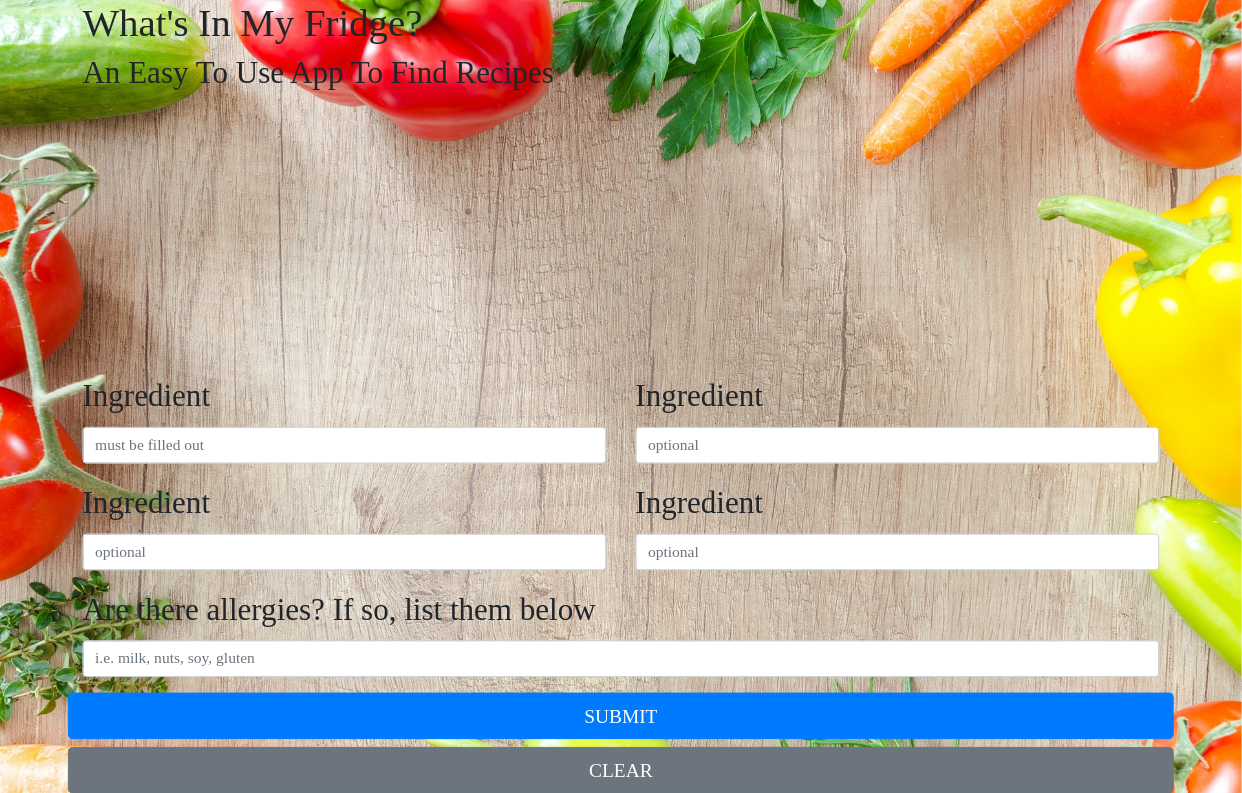
Repository: ogipajic/Recipe_API
Page: index.html
An editor plug-in stored every save of this project. The page is shown before and after the next save, followed by the edit.
The browser window is 1280 px wide. The pictures show the whole page, at 97% of full size.
Backgrounds fixed to the window are drawn as part of the page. Some web fonts or font styles are not loaded; a fallback is used.

Above is the page before, as saved 2020-07-06 14:58:54.
Not found: script.js

### index.html
<!DOCTYPE html>
<html lang="en">
<head>
    <meta charset="UTF-8">
    <meta name="viewport" content="width=device-width, initial-scale=1.0">
    <script
  src="https://code.jquery.com/jquery-3.5.1.min.js"
  integrity="sha256-9/aliU8dGd2tb6OSsuzixeV4y/faTqgFtohetphbbj0="
  crossorigin="anonymous"></script>
  <link rel="stylesheet" href="https://stackpath.bootstrapcdn.com/bootstrap/4.5.0/css/bootstrap.min.css" integrity="sha384-9aIt2nRpC12Uk9gS9baDl411NQApFmC26EwAOH8WgZl5MYYxFfc+NcPb1dKGj7Sk" crossorigin="anonymous">
  <link rel="stylesheet" href="stylesheet.css">
  <link href="https://fonts.googleapis.com/css2?family=Annie+Use+Your+Telescope&family=Lemon&display=swap" rel="stylesheet">
  <title>What's In My Fridge?</title>
</head>
<body>
    <div class="container">
        <div class="h1">
            <h1>What's In My Fridge?</h1>
        </div>
        <div class="h2">
            <h2>An Easy To Use App To Find Recipes</h2>
        </div>
    </div>
    <div class="container">
        <div class="jumbotron jumbotron-fluid">
            <div class="container">
              <h1 class="display-4">What's in my fridge?</h1>
              <p class="lead">Easy to use application to search recipes with ingredients found in your fridge.</p>
            </div>
          </div>

     <form>
          <div class="row">
              <div class="col-sm-6">
        <div class="form-group">
          <label for="exampleFormControlInput1">Ingredient</label>
          <input type="email" class="form-control" id="exampleFormControlInput1" placeholder="must be filled out">
        </div>
              </div>
              <div class="col-sm-6">
        <div class="form-group">
            <label for="exampleFormControlInput1">Ingredient</label>
            <input type="email" class="form-control" id="exampleFormControlInput1" placeholder="optional">
          </div>
          </div>
        </div>
        <div class="row">
            <div class="col-sm-6">
          <div class="form-group">
            <label for="exampleFormControlInput1">Ingredient</label>
            <input type="email" class="form-control" id="exampleFormControlInput1" placeholder="optional">
          </div>
        </div>
        <div class="col-sm-6">
          <div class="form-group">
            <label for="exampleFormControlInput1">Ingredient</label>
            <input type="email" class="form-control" id="exampleFormControlInput1" placeholder="optional">
          </div>
          </div>
          </div>
        </div>

        <div class="container">
        <div class="form-group">
            <div class="row">
                <div class="col-sm-12">
          <label for="exampleFormControlInput1">Are there allergies? If so, list them below</label>
          <input type="email" class="form-control" id="exampleFormControlInput1" placeholder="i.e. milk, nuts, soy, gluten">
          </div>
        </div>
        </div>
        </div>
      </form>
    <div class="container">
        <div class="row">
      <button type="button" class="btn btn-primary btn-lg btn-block">SUBMIT</button>
      <button type="button" class="btn btn-secondary btn-lg btn-block">CLEAR</button>
    </div>
    </div>
    </div>
 <div class="results">
<!-- display results here -->

 </div>
 <script src="script.js"></script>
 <script src="https://code.jquery.com/jquery-3.5.1.slim.min.js" integrity="sha384-DfXdz2htPH0lsSSs5nCTpuj/zy4C+OGpamoFVy38MVBnE+IbbVYUew+OrCXaRkfj" crossorigin="anonymous"></script>
 <script src="https://cdn.jsdelivr.net/npm/popper.js@1.16.0/dist/umd/popper.min.js" integrity="sha384-Q6E9RHvbIyZFJoft+2mJbHaEWldlvI9IOYy5n3zV9zzTtmI3UksdQRVvoxMfooAo" crossorigin="anonymous"></script>
 <script src="https://stackpath.bootstrapcdn.com/bootstrap/4.5.0/js/bootstrap.min.js" integrity="sha384-OgVRvuATP1z7JjHLkuOU7Xw704+h835Lr+6QL9UvYjZE3Ipu6Tp75j7Bh/kR0JKI" crossorigin="anonymous"></script>
</body>
</html>

### stylesheet.css
/* Body font style and font size */
body {
    font-size: 2rem;
    font-family: 'Annie Use Your Telescope', cursive;
    background-image: url(Assets/carrots-food-fresh-freshness-616404.jpg);
    background-position: center center;
    background-repeat: no-repeat;
    background-attachment: fixed;
    background-size: cover;
}

/* Font and image within jumbotron */
.jumbotron {
    text-align: center;
    font-family: 'Annie Use Your Telescope', cursive;
    opacity: 0;
}

After the next save:
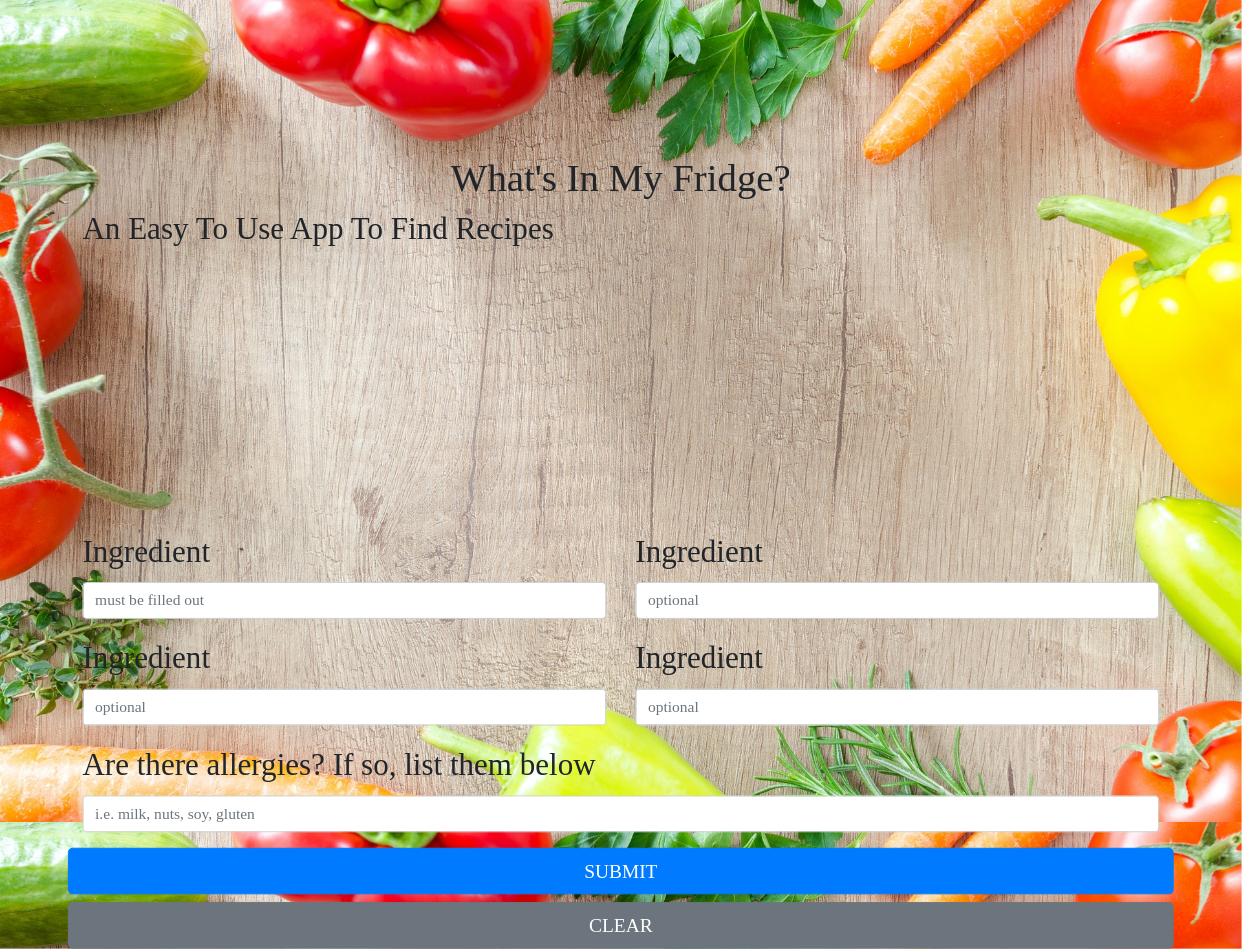
Saved 51 s later.
--- a/stylesheet.css
+++ b/stylesheet.css
@@ -15,3 +15,8 @@ body {
     font-family: 'Annie Use Your Telescope', cursive;
     opacity: 0;
 }
+
+.h1 {
+    text-align: center;
+    margin-top: 10rem;
+}
